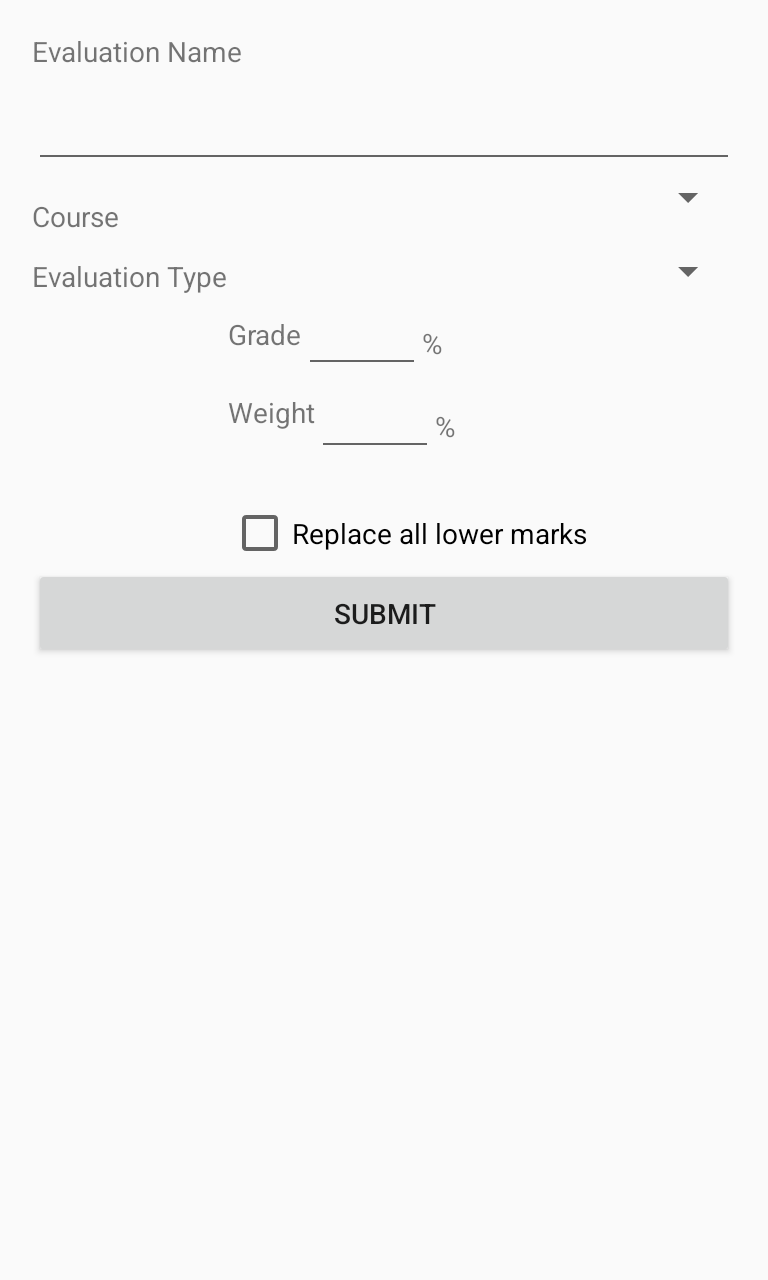
Repository: Tenergy05/GradePlanner
Layout: GradePlanner/res/layout/activity_add_mark.xml
These files come from the project's save history. The layout is drawn as it stood at one moment and after the next save; the edit follows.
It is drawn on a 768 x 1280 px phone screen (xhdpi) without system bars, with theme AppTheme; the app's code is not run.

Above is the layout before, as saved 2014-12-30 22:05:24.

After the next save:
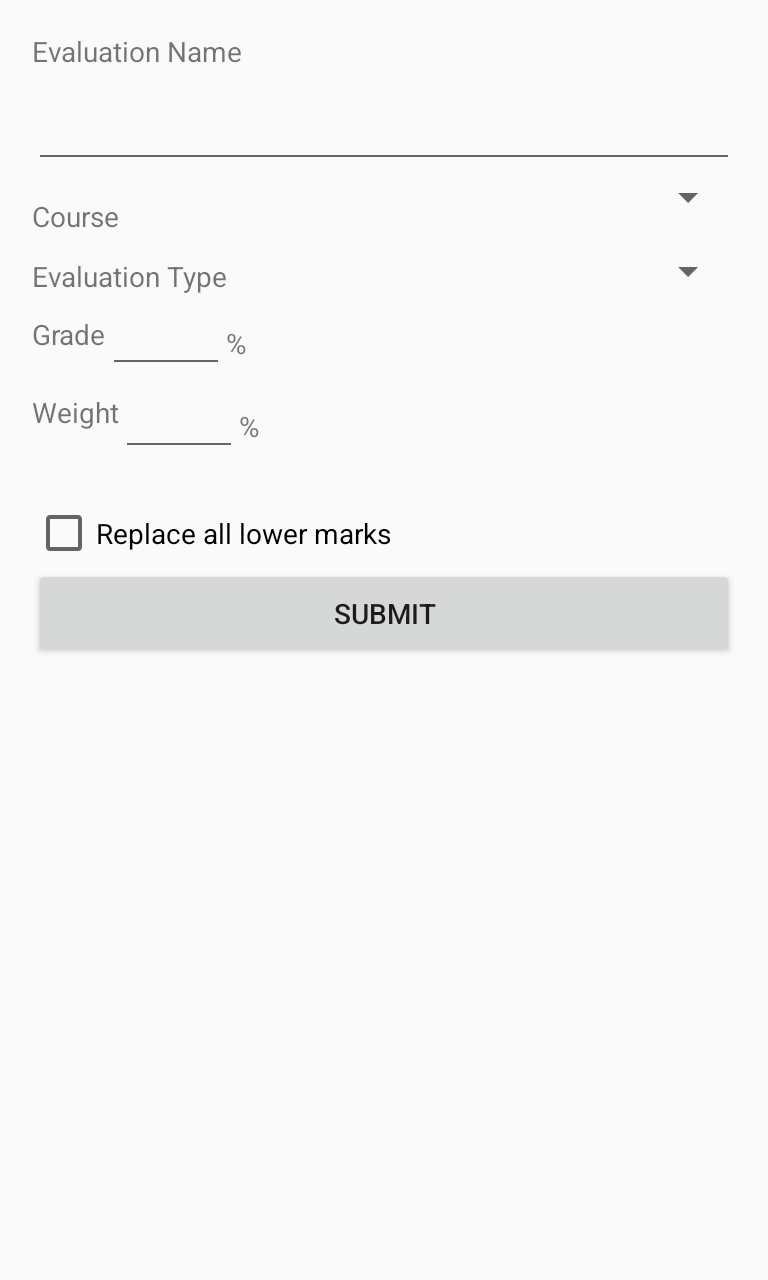
Saved 17 s later.
--- a/GradePlanner/res/layout/activity_add_mark.xml
+++ b/GradePlanner/res/layout/activity_add_mark.xml
@@ -63,7 +63,7 @@
         android:id="@+id/textView4"
         android:layout_width="wrap_content"
         android:layout_height="wrap_content"
-        android:layout_alignLeft="@+id/spinner2"
+        android:layout_alignLeft="@+id/textView3"
         android:layout_below="@+id/textView3"
         android:layout_marginTop="10dp"
         android:text="@string/grade" />
